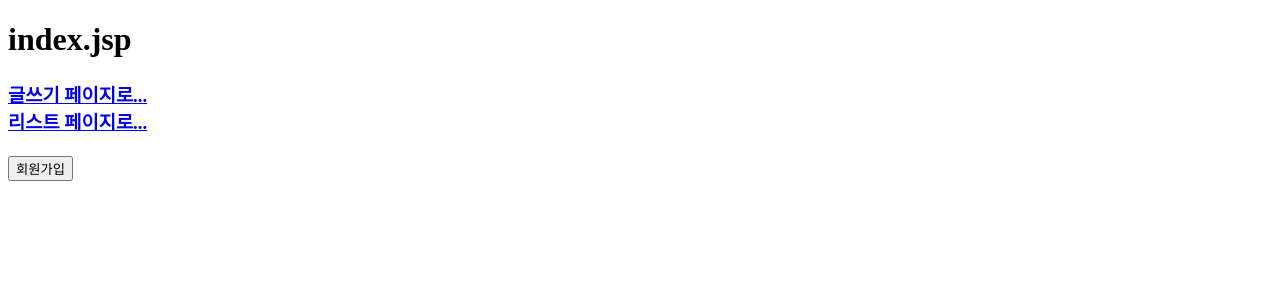
Repository: HaeunOh/study
Page: http://localhost/jsp_study/
The author's editor kept a copy of each file at every save. The page is drawn from the files as they stood at one save, then again after the next save.
The browser window is 1280 px wide. The pictures show the whole page.
The page is served by Tomcat 9.

Above is the page before, as saved 2024-04-15 01:21:42.

After the next save:
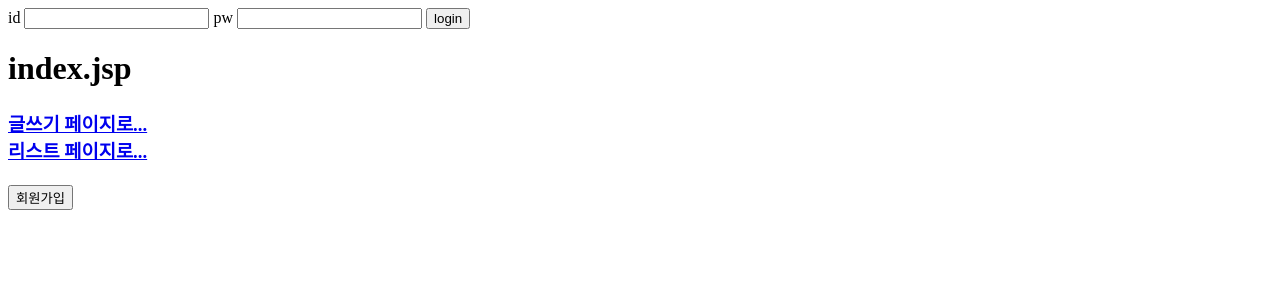
Saved 61 s later.
--- a/_jsp_workspace/jsp_study/src/main/webapp/index.jsp
+++ b/_jsp_workspace/jsp_study/src/main/webapp/index.jsp
@@ -7,6 +7,7 @@
 <title>Insert title here</title>
 </head>
 <body>
+	id <input type="text"> pw <input type="text"> <button>login</button>
 	<h1>index.jsp</h1>
 	<h3>
 		<a href="/brd/register">글쓰기 페이지로...</a> <br>
